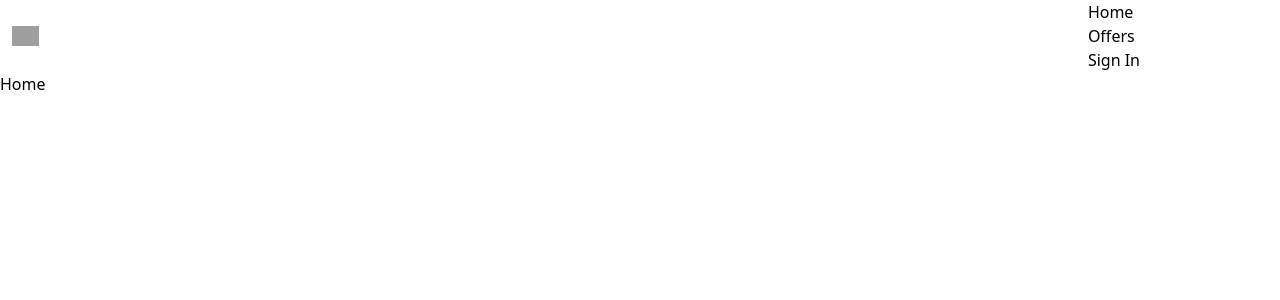
Repository: Mardoqueu/realtor-clone-react
Page: /
These files come from the project's save history. The page is drawn as it stood at one moment and after a run of saves; the edit follows.
The browser window is 1280 px wide. The pictures show the whole page.
Pictures or frames that could not be fetched are drawn as grey boxes. The project was rebuilt for these pictures with package versions that can differ from the ones it lists, and the page was loaded fresh each time. Also part of the build but not shown: src/pages/Profile.jsx, src/pages/SignIn.jsx, src/pages/SignUp.jsx, src/pages/ForgotPassword.jsx, src/pages/Offers.jsx.

Above is the page before, as saved 2022-10-27 08:13:59.

After the next 3 saves:
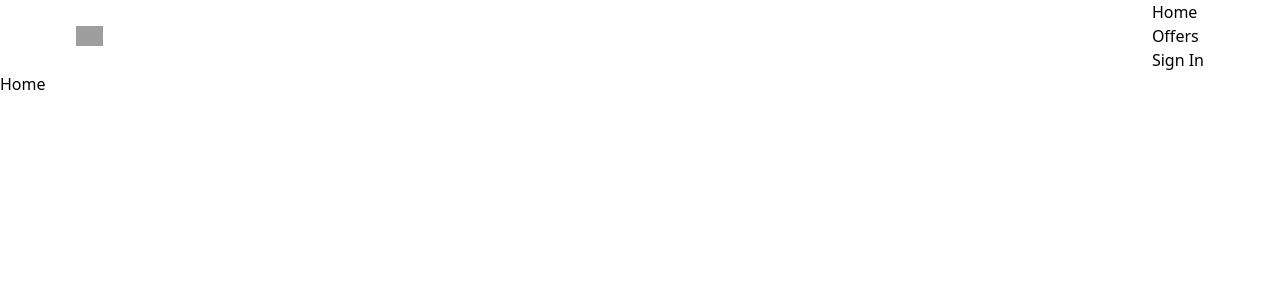
The 3 saves are shown as one change because they came seconds apart.
The last was saved 14 s later.
--- a/src/components/Header.jsx
+++ b/src/components/Header.jsx
@@ -3,7 +3,7 @@ import React from 'react';
 const Header = () => {
     return (
         <div>
-            <header className='flex justify-between items-center px-3 max-w-6xl'>
+            <header className='flex justify-between items-center px-3 max-w-6xl mx-auto'>
                 <div>
                     <img src='https://static.rdc.moveaws.com/images/logos/rdc-logo-default.svg' alt='logo'
                     className='h-5 cursor-pointer'></img>
